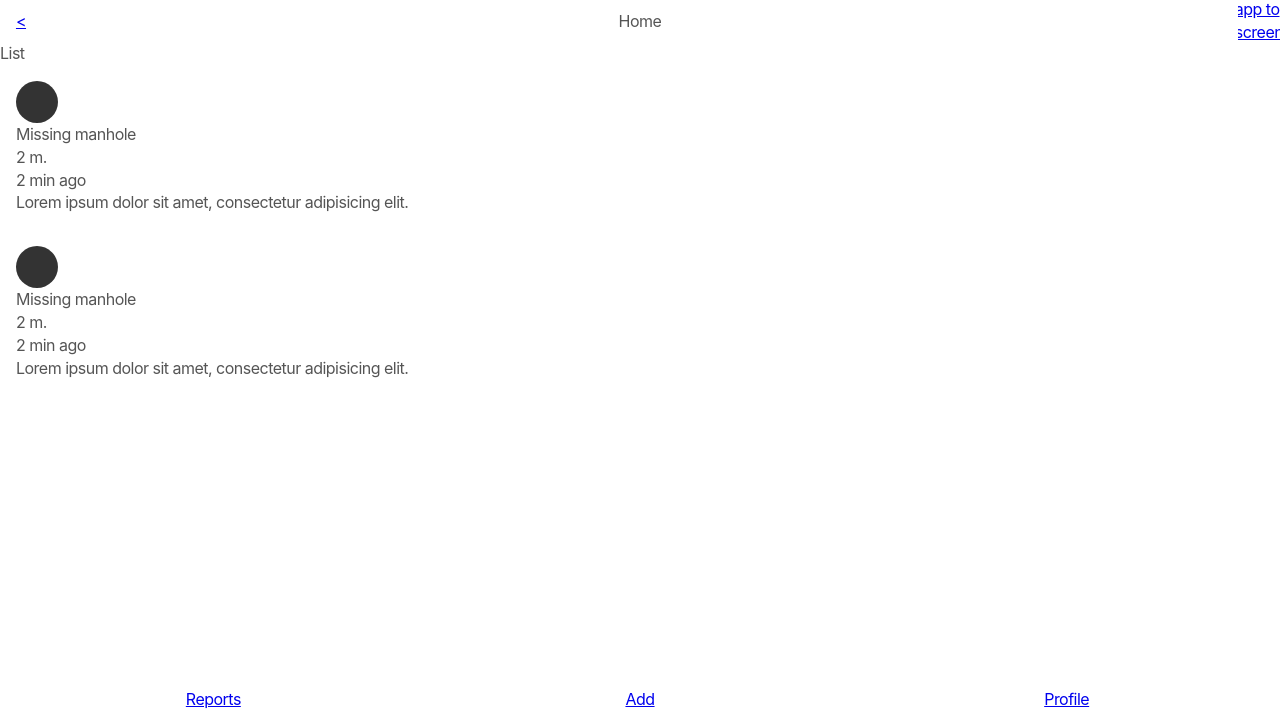
Repository: aleksandrenko/html-css-playground
Page: reports.html
The author's editor kept a copy of each file at every save. The page is drawn from the files as they stood at one save, then again after a run of saves.
The browser window is 1280 px wide. The pictures show the whole page.

Above is the page before, as saved 2018-01-19 17:00:10.

### reports.html
<!DOCTYPE html>
<html lang="en">
<head>
  <meta charset="UTF-8">
  <meta name="viewport" content="width=device-width, initial-scale=1">
  <link rel="stylesheet" href="./css/shared.css">
  <link rel="stylesheet" href="./css/pages/reports.css">
</head>
<body>

<app>
  <header>
    <left>
      <history-control>
        <a href="#"><</a>
      </history-control>
    </left>
    <middle>
      <page-name>Home</page-name>
    </middle>
    <right>
      <context-menu>
        <a href="#">About</a>
        <a href="#">Add app to screen</a>
        <a href="#">Terms of use</a>
      </context-menu>
    </right>
  </header>
  <sub-header>
    <tabs>
      <tab>List</tab>
    </tabs>
  </sub-header>
  <main>
    <reports>
      <report>
        <picture>
          <img src="#" alt="">
        </picture>
        <name>Missing manhole</name>
        <distance>2 m.</distance>
        <date>2 min ago</date>
        <comment>Lorem ipsum dolor sit amet, consectetur adipisicing elit.</comment>
      </report>
      <report>
        <picture>
          <img src="#" alt="">
        </picture>
        <name>Missing manhole</name>
        <distance>2 m.</distance>
        <date>2 min ago</date>
        <comment>Lorem ipsum dolor sit amet, consectetur adipisicing elit.</comment>
      </report>
    </reports>

  </main>
  <footer>
    <nav>
      <a href="#">Reports</a>
      <a href="#">Add</a>
      <a href="profile.html">Profile</a>
    </nav>
  </footer>
</app>

</body>
</html>

### css/shared.css
@import "config.css";
@import "reset.css";
@import "global.css";

@import "debug.css";

@import "layout.css";

### css/pages/reports.css
reports {
  display: flex;
  flex-direction: column;
}

reports report {
  display: flex;
  flex-direction: column;
  padding: 1rem;
}

reports report picture {
  width: 42px;
  height: 42px;
  border-radius: 50%;
  background: #333;
}

### css/config.css
:root {
    --header-height: 42px;
    --footer-height: 42px;

    --min-width: 320px;
    --min-height: 460px;

    --text-global-color: #555;
    --text-global-font: "SF Pro Display", "SF Pro Icons", "Helvetica Neue", "Helvetica", "Roboto", "Arial" ,sans-serif;
}

### css/reset.css
html, body, div, span,
h1, h2, h3, h4, h5, h6, p,
a, abbr, acronym, address, img,
small, strike, strong,
b, u, i, center, ol, ul, li,
fieldset, form, label, footer, header,
menu, nav, section {
    margin: 0;
    padding: 0;
    border: 0;
    font-size: 100%;
    font: inherit;
    vertical-align: baseline;
}
/* HTML5 display-role reset for older browsers */
article, aside, details, figcaption, figure,
footer, header, hgroup, menu, nav, section {
    display: block;
}
body {
    line-height: 1;
}
ol, ul {
    list-style: none;
}

### css/global.css
body {
    min-height: var(--min-height);
    min-width: var(--min-width);

    overflow-x: hidden;
    -webkit-font-smoothing: antialiased;
    text-rendering: optimizeLegibility;
    font-size: 100%;
    line-height: 1.428571429;
    letter-spacing: -.032em;
}

* {
    box-sizing: border-box;
    display: block;
}

app {
    font-family: var(--text-global-font);
    color: var(--text-global-color);
    background: white;
    overflow-x: hidden;
}

### css/debug.css
body * {
  /* border: solid 1px rgba(0,0,0,0.2); */
}

### css/layout.css
app {
  display: flex;
  flex-direction: column;
  position: fixed;
  top: 0;
  bottom: 0;
  left: 0;
  right: 0;
}

/* app header */

app header {
  display: flex;
  height: 42px;
}

app header left {
  width: 42px;
}

app header > * {
  display: flex;
  justify-content: center;
  align-items: center;
  overflow: hidden;
}

app header middle {
  flex: 1;
}

app header middle page-name {
  text-align: center;
  white-space: nowrap;
  max-width: 90%;
  text-overflow: ellipsis;
  overflow: hidden;
}

app header right {
  width: 42px;
}

/* app main */

app main {
  flex: 1;
  position: relative;
  overflow: hidden;
}

/* app footer */

app footer {
  height: 42px;
  position: relative;
}

app footer nav {
  display: flex;
  flex-direction: row;
  height: 100%;
  align-items: center;
}

app footer nav a {
  flex: 1;
  text-align: center;
}

After the next 2 saves:
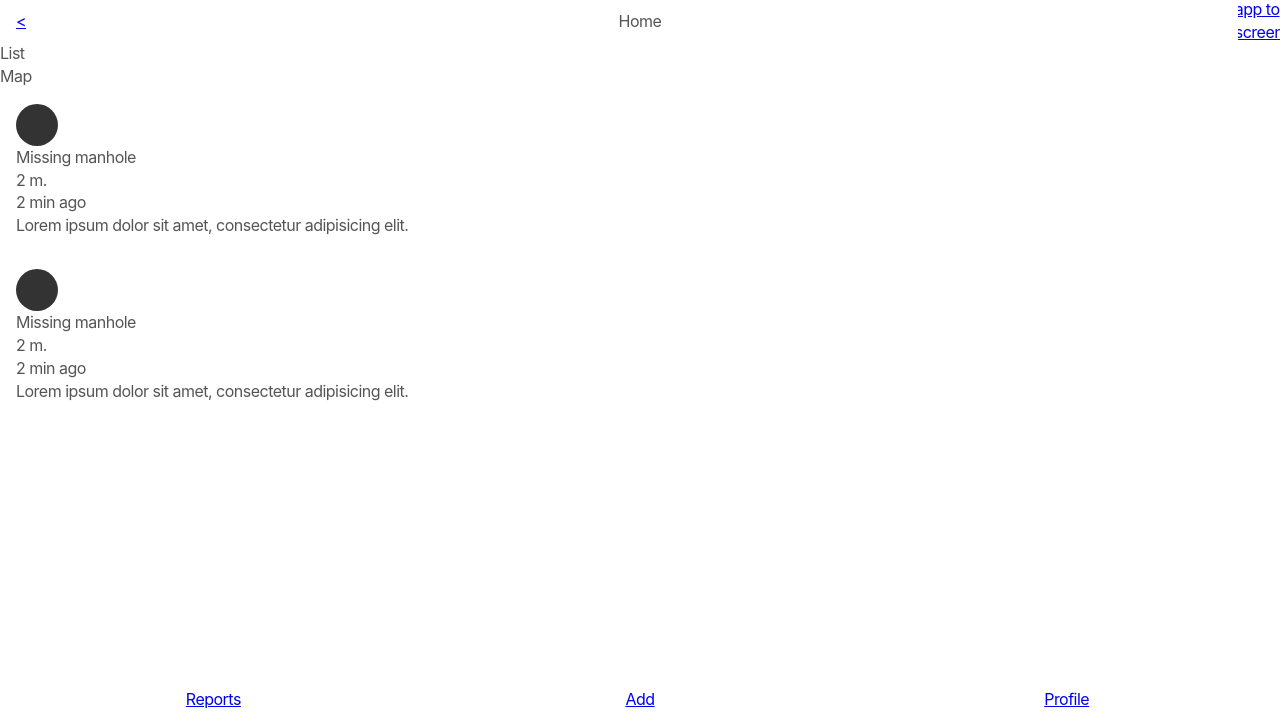
The 2 saves are shown as one change because they came seconds apart.
The last was saved 5 s later.
--- a/reports.html
+++ b/reports.html
@@ -29,6 +29,7 @@
   <sub-header>
     <tabs>
       <tab>List</tab>
+      <tab>Map</tab>
     </tabs>
   </sub-header>
   <main>
